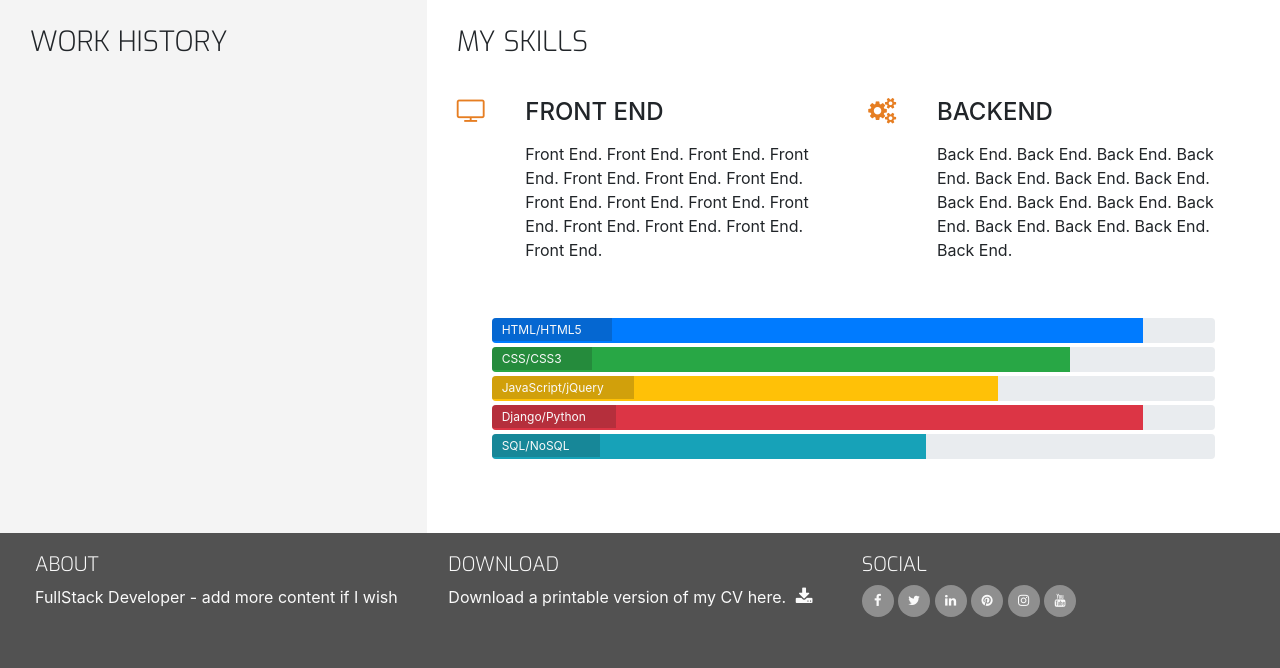
Repository: JustWhiteGit/Rosies-Resume
Page: resume.html
The author's editor kept a record of every edit. The page is drawn from the files as they stood at one moment, then again after the next edit.
The browser window is 1280 px wide. The pictures show the part of the page from y = 369 to 1037 px (the page is 1037 px tall).

Above is the page before.

After the next edit:
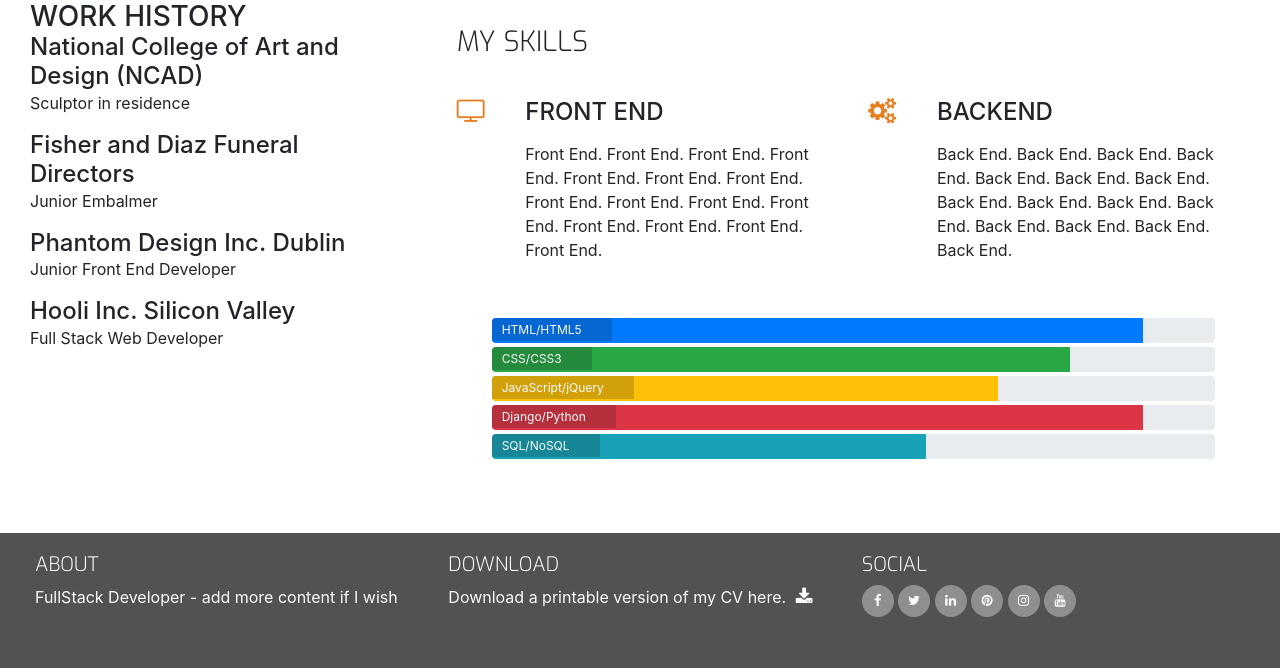
The edit:
--- a/resume.html
+++ b/resume.html
@@ -48,12 +48,30 @@
 
     <section class="container-fluid">
         <div class="row">
-            <div class="col-md-4 bg-color-personal-info section-column">
+            <div class="col-md-4 bg-color-work-history section-column">
                 <div class="row">
                     <div class="col-12">
-                        <h3 class="section-heading uppercase">
+                        <h3 class="history-heading uppercase">
                             Work History
                         </h3>
+                    </div>
+                </div>
+                <div class="history-items">
+                    <div class="timeline-item" data-dates="02/1998 - 04/2004">
+                        <h4>National College of Art and Design (NCAD)</h4>
+                        <p>Sculptor in residence</p>
+                    </div>
+                    <div class="timeline-item" data-dates="04/2004 - 06/2008">
+                        <h4>Fisher and Diaz Funeral Directors</h4>
+                        <p>Junior Embalmer</p>
+                    </div>
+                    <div class="timeline-item" data-dates="06/2008 - 06/2011">
+                        <h4>Phantom Design Inc. Dublin</h4>
+                        <p>Junior Front End Developer</p>
+                    </div>
+                    <div class="timeline-item" data-dates="06/2011 - Present">
+                        <h4>Hooli Inc. Silicon Valley</h4>
+                        <p>Full Stack Web Developer</p>
                     </div>
                 </div>
             </div>
